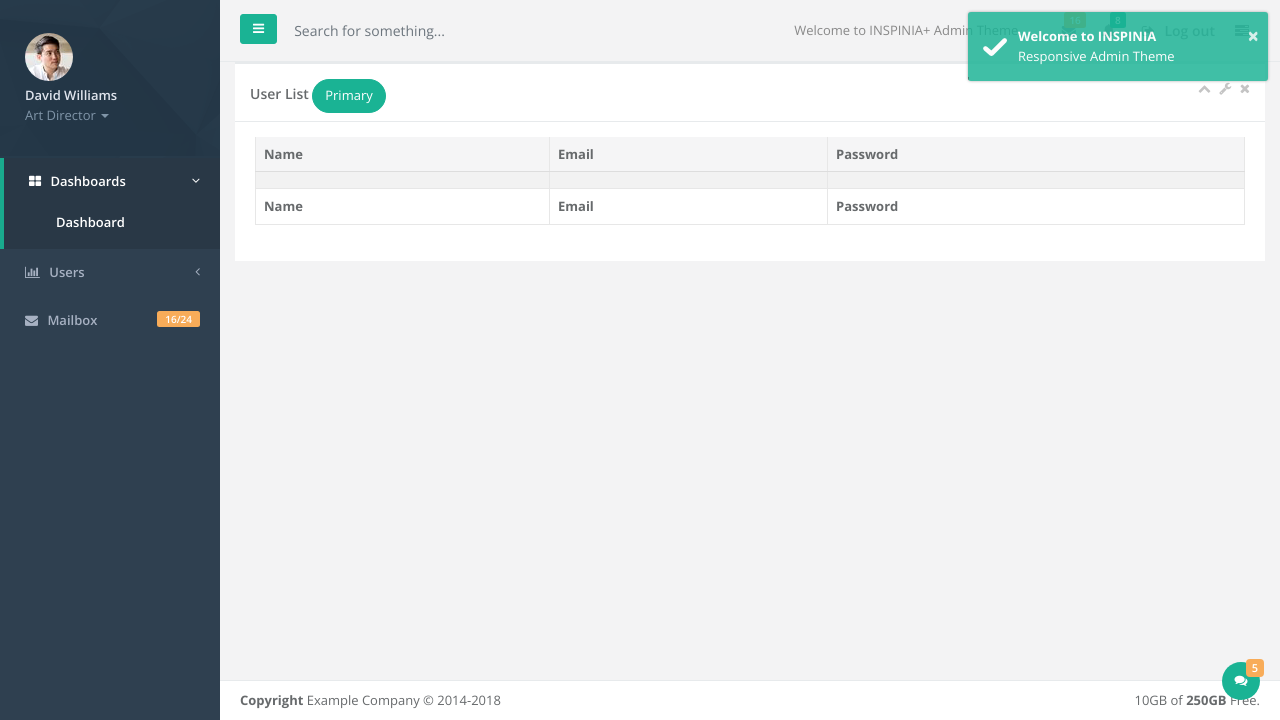
Repository: WAQARHUSSAIN12/quiz
Page: http://localhost/users
These files come from the project's save history. The page is drawn as it stood at one moment and after the next save; the edit follows.
The browser window is 1280 px wide. The pictures show the whole page.
The page is served by the project's Laravel application, run on PHP 8.4 with Laravel 9. Other server files are loaded and not shown.

Above is the page before, as saved 2024-08-09 16:56:49.
Console error: TypeError: Cannot read properties of undefined (reading 'plugins')

### routes/web.php
<?php

use Illuminate\Support\Facades\Route;
use App\Http\Controllers\Admin\HomeController;
use App\Http\Controllers\Admin\UserController;


/*
|--------------------------------------------------------------------------
| Web Routes
|--------------------------------------------------------------------------
|
| Here is where you can register web routes for your application. These
| routes are loaded by the RouteServiceProvider within a group which
| contains the "web" middleware group. Now create something great!
|
*/

Route::get('/', [HomeController::class,"dashboard"])->name("admin.dashboard");

Route::get('users', [UserController::class,"index"])->name("admin.users");

### app/Http/Controllers/Admin/UserController.php
<?php

namespace App\Http\Controllers\Admin;

use App\Http\Controllers\Controller;
use Illuminate\Http\Request;
use Yajra\DataTables\DataTables;
use App\Models\User;

class UserController extends Controller
{
    //
    public function index(Request $request){

        if ($request->ajax()){
            $user = User::select(['name', 'email', 'created_at']); // Adjust the columns accordingly
            return DataTables::of($user)->make(true);

        }

        return view('backend.users.index');
    }
}

### resources/views/backend/users/index.blade.php
@extends('backend.layout.layout')

@section('title', 'User List')

@section('content')

<link href="{{asset('assets/css/plugins/dataTables/datatables.min.css')}}" rel="stylesheet">

<div class="row">
    <div class="col-lg-12">
        <div class="ibox ">
            <div class="ibox-title">
                <h5>User List</h5>
                <div class="ibox-tools">
                    <a class="collapse-link">
                        <i class="fa fa-chevron-up"></i>
                    </a>
                    <a class="dropdown-toggle" data-toggle="dropdown" href="#">
                        <i class="fa fa-wrench"></i>
                    </a>
                    <ul class="dropdown-menu dropdown-user">
                        <li><a href="#" class="dropdown-item">Config option 1</a>
                        </li>
                        <li><a href="#" class="dropdown-item">Config option 2</a>
                        </li>
                    </ul>
                    <a class="close-link">
                        <i class="fa fa-times"></i>
                    </a>
                </div>

                <a class="btn btn-primary btn-rounded" href="#">Primary</a>
            </div>
            <div class="ibox-content">

                <div class="table-responsive">
                    <table class="table table-striped table-bordered table-hover dataTables-example">
                        <thead>
                            <tr>
                                <th>Name</th>
                                <th>Email</th>
                                <th>Password</th>
                            </tr>
                        </thead>
                        <tbody>
                            <tr>
                                <td class="center"></td>
                                <td class="center"></td>
                                <td class="center"></td>
                            </tr>
                        </tbody>
                        <tfoot>
                            <tr>
                                <th>Name</th>
                                <th>Email</th>
                                <th>Password</th>
                            </tr>
                        </tfoot>
                    </table>
                </div>

            </div>
        </div>
    </div>
</div>

@endsection

@push('script')

<script src="{{asset('assets/js/plugins/dataTables/datatables.min.js')}}"></script>
<script src="{{asset('assets/js/plugins/dataTables/dataTables.bootstrap4.min.js')}}"></script>

    <!-- Page-Level Scripts -->
    <script>
        $(document).ready(function(){
            // $('.dataTables-example').DataTable({
            //     pageLength: 25,
            //     responsive: true,
            //     dom: '<"html5buttons"B>lTfgitp',
            //     buttons: [
            //         { extend: 'copy'},
            //         {extend: 'csv'},
            //         {extend: 'excel', title: 'ExampleFile'},
            //         {extend: 'pdf', title: 'ExampleFile'},

            //         {extend: 'print',
            //          customize: function (win){
            //                 $(win.document.body).addClass('white-bg');
            //                 $(win.document.body).css('font-size', '10px');

            //                 $(win.document.body).find('table')
            //                         .addClass('compact')
            //                         .css('font-size', 'inherit');
            //         }
            //         }
            //     ]

            // });
        });

        $(document).ready(function() {
        $('.dataTables-example').DataTable({
            processing: true,
            serverSide: true,
            dom: '<"html5buttons"B>lTfgitp',
            buttons: [
                    { extend: 'copy'},
                    {extend: 'csv'},
                    {extend: 'excel', title: 'ExampleFile'},
                    {extend: 'pdf', title: 'ExampleFile'},

                    {extend: 'print',
                     customize: function (win){
                            $(win.document.body).addClass('white-bg');
                            $(win.document.body).css('font-size', '10px');

                            $(win.document.body).find('table')
                                    .addClass('compact')
                                    .css('font-size', 'inherit');
                    }
                    }
            ],
            ajax: "{{ route('admin.users') }}",
            columns: [
                { data: 'name'},
                { data: 'email'},
                { data: 'created_at'},
                // { data: 'action', name: 'action', orderable: false, searchable: false },
            ]
        });
    });

    </script>

@endpush

### resources/views/backend/layout/navigation.blade.php
<nav class="navbar-default navbar-static-side" role="navigation">
    <div class="sidebar-collapse">
        <ul class="nav metismenu" id="side-menu">
            <li class="nav-header">
                <div class="dropdown profile-element">
                    <img alt="image" class="rounded-circle" src="{{asset('assets/img/profile_small.jpg')}}" />
                    <a data-toggle="dropdown" class="dropdown-toggle" href="#">
                        <span class="block m-t-xs font-bold">David Williams</span>
                        <span class="text-muted text-xs block">Art Director <b class="caret"></b></span>
                    </a>
                    <ul class="dropdown-menu animated fadeInRight m-t-xs">
                        <li><a class="dropdown-item" href="profile.html">Profile</a></li>
                        <li><a class="dropdown-item" href="contacts.html">Contacts</a></li>
                        <li><a class="dropdown-item" href="mailbox.html">Mailbox</a></li>
                        <li class="dropdown-divider"></li>
                        <li><a class="dropdown-item" href="login.html">Logout</a></li>
                    </ul>
                </div>
                <div class="logo-element">
                    IN+
                </div>
            </li>
            <li class="active">
                <a href="index.html"><i class="fa fa-th-large"></i> <span class="nav-label">Dashboards</span> <span
                        class="fa arrow"></span></a>
                <ul class="nav nav-second-level">
                    <li class="active"><a href="index.html">Dashboard</a></li>
                </ul>
            </li>
            <li>
                <a href="#"><i class="fa fa-bar-chart-o"></i> <span class="nav-label">Users</span><span
                        class="fa arrow"></span></a>
                <ul class="nav nav-second-level collapse">
                    <li><a href="graph_flot.html">Users</a></li>
                </ul>
            </li>
            <li>
                <a href="mailbox.html"><i class="fa fa-envelope"></i> <span class="nav-label">Mailbox </span><span
                        class="label label-warning float-right">16/24</span></a>
                <ul class="nav nav-second-level collapse">
                    <li><a href="mailbox.html">Inbox</a></li>
                    <li><a href="mail_detail.html">Email view</a></li>
                    <li><a href="mail_compose.html">Compose email</a></li>
                    <li><a href="email_template.html">Email templates</a></li>
                </ul>
            </li>
        </ul>

    </div>
</nav>

### resources/views/backend/layout/topbar.blade.php
<div class="row border-bottom">
    <nav class="navbar navbar-static-top" role="navigation" style="margin-bottom: 0">
        <div class="navbar-header">
            <a class="navbar-minimalize minimalize-styl-2 btn btn-primary " href="#"><i class="fa fa-bars"></i> </a>
            <form role="search" class="navbar-form-custom" action="search_results.html">
                <div class="form-group">
                    <input type="text" placeholder="Search for something..." class="form-control" name="top-search"
                        id="top-search">
                </div>
            </form>
        </div>
        <ul class="nav navbar-top-links navbar-right">
            <li style="padding: 20px">
                <span class="m-r-sm text-muted welcome-message">Welcome to INSPINIA+ Admin Theme.</span>
            </li>
            <li class="dropdown">
                <a class="dropdown-toggle count-info" data-toggle="dropdown" href="#">
                    <i class="fa fa-envelope"></i> <span class="label label-warning">16</span>
                </a>
                <ul class="dropdown-menu dropdown-messages dropdown-menu-right">
                    <li>
                        <div class="dropdown-messages-box">
                            <a class="dropdown-item float-left" href="profile.html">
                                <img alt="image" class="rounded-circle" src="{{asset('assets/img/a7.jpg')}}">
                            </a>
                            <div class="media-body">
                                <small class="float-right">46h ago</small>
                                <strong>Mike Loreipsum</strong> started following <strong>Monica Smith</strong>. <br>
                                <small class="text-muted">3 days ago at 7:58 pm - 10.06.2014</small>
                            </div>
                        </div>
                    </li>
                    <li class="dropdown-divider"></li>
                    <li>
                        <div class="dropdown-messages-box">
                            <a class="dropdown-item float-left" href="profile.html">
                                <img alt="image" class="rounded-circle" src="{{asset('assets/img/a4.jpg')}}">
                            </a>
                            <div class="media-body ">
                                <small class="float-right text-navy">5h ago</small>
                                <strong>Chris Johnatan Overtunk</strong> started following <strong>Monica
                                    Smith</strong>. <br>
                                <small class="text-muted">Yesterday 1:21 pm - 11.06.2014</small>
                            </div>
                        </div>
                    </li>
                    <li class="dropdown-divider"></li>
                    <li>
                        <div class="dropdown-messages-box">
                            <a class="dropdown-item float-left" href="profile.html">
                                <img alt="image" class="rounded-circle" src="{{asset('assets/img/profile.jpg')}}">
                            </a>
                            <div class="media-body ">
                                <small class="float-right">23h ago</small>
                                <strong>Monica Smith</strong> love <strong>Kim Smith</strong>. <br>
                                <small class="text-muted">2 days ago at 2:30 am - 11.06.2014</small>
                            </div>
                        </div>
                    </li>
                    <li class="dropdown-divider"></li>
                    <li>
                        <div class="text-center link-block">
                            <a href="mailbox.html" class="dropdown-item">
                                <i class="fa fa-envelope"></i> <strong>Read All Messages</strong>
                            </a>
                        </div>
                    </li>
                </ul>
            </li>
            <li class="dropdown">
                <a class="dropdown-toggle count-info" data-toggle="dropdown" href="#">
                    <i class="fa fa-bell"></i> <span class="label label-primary">8</span>
                </a>
                <ul class="dropdown-menu dropdown-alerts">
                    <li>
                        <a href="mailbox.html" class="dropdown-item">
                            <div>
                                <i class="fa fa-envelope fa-fw"></i> You have 16 messages
                                <span class="float-right text-muted small">4 minutes ago</span>
                            </div>
                        </a>
                    </li>
                    <li class="dropdown-divider"></li>
                    <li>
                        <a href="profile.html" class="dropdown-item">
                            <div>
                                <i class="fa fa-twitter fa-fw"></i> 3 New Followers
                                <span class="float-right text-muted small">12 minutes ago</span>
                            </div>
                        </a>
                    </li>
                    <li class="dropdown-divider"></li>
                    <li>
                        <a href="grid_options.html" class="dropdown-item">
                            <div>
                                <i class="fa fa-upload fa-fw"></i> Server Rebooted
                                <span class="float-right text-muted small">4 minutes ago</span>
                            </div>
                        </a>
                    </li>
                    <li class="dropdown-divider"></li>
                    <li>
                        <div class="text-center link-block">
                            <a href="notifications.html" class="dropdown-item">
                                <strong>See All Alerts</strong>
                                <i class="fa fa-angle-right"></i>
                            </a>
                        </div>
                    </li>
                </ul>
            </li>


            <li>
                <a href="login.html">
                    <i class="fa fa-sign-out"></i> Log out
                </a>
            </li>
            <li>
                <a class="right-sidebar-toggle">
                    <i class="fa fa-tasks"></i>
                </a>
            </li>
        </ul>

    </nav>
</div>

### resources/views/backend/layout/footer.blade.php
<div class="footer">
    <div class="float-right">
        10GB of <strong>250GB</strong> Free.
    </div>
    <div>
        <strong>Copyright</strong> Example Company &copy; 2014-2018
    </div>
</div>

Loaded but not shown: app/Http/Controllers/Controller.php (common file); public/assets/css/bootstrap.min.css (library); public/assets/font-awesome/css/font-awesome.css (library); public/assets/css/plugins/toastr/toastr.min.css (library); public/assets/css/animate.css (library); public/assets/css/style.css (library); public/assets/css/plugins/dataTables/datatables.min.css (library); public/assets/js/jquery-3.1.1.min.js (library); public/assets/js/popper.min.js (library); public/assets/js/bootstrap.js (library); public/assets/js/plugins/slimscroll/jquery.slimscroll.min.js (library); public/assets/js/plugins/flot/jquery.flot.tooltip.min.js (library); public/assets/js/plugins/peity/jquery.peity.min.js (library); public/assets/js/plugins/pace/pace.min.js (library); public/assets/js/plugins/jquery-ui/jquery-ui.min.js (library); public/assets/js/plugins/gritter/jquery.gritter.min.js (library); public/assets/js/plugins/sparkline/jquery.sparkline.min.js (library); public/assets/js/plugins/toastr/toastr.min.js (library); public/assets/js/plugins/dataTables/dataTables.bootstrap4.min.js (common file); public/assets/js/inspinia.js (313 lines, source omitted); public/assets/js/demo/sparkline-demo.js (51 lines, source omitted); public/assets/js/demo/peity-demo.js (33 lines, source omitted); resources/views/backend/layout/layout.blade.php (720 lines, source omitted)

After the next save:
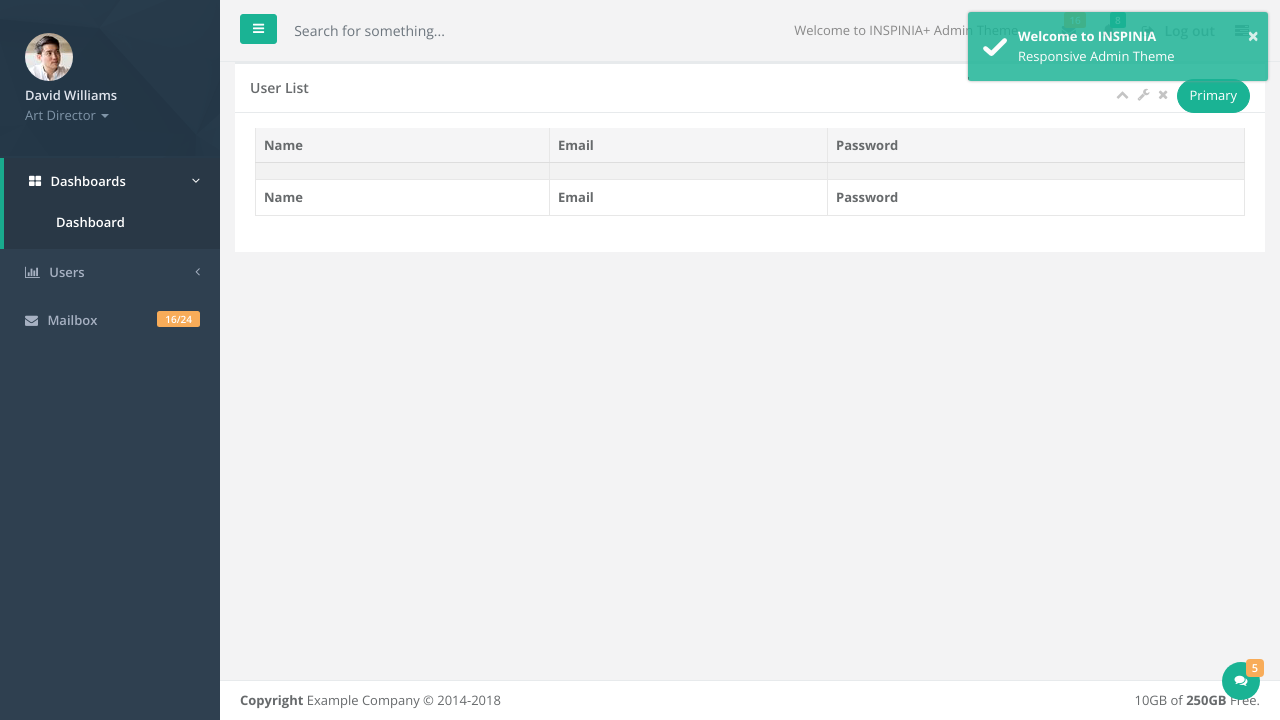
Saved 24 s later.
--- a/resources/views/backend/users/index.blade.php
+++ b/resources/views/backend/users/index.blade.php
@@ -27,9 +27,11 @@
                     <a class="close-link">
                         <i class="fa fa-times"></i>
                     </a>
+
+                    <a class="btn btn-primary btn-rounded" href="#">Primary</a>
                 </div>
 
-                <a class="btn btn-primary btn-rounded" href="#">Primary</a>
+
             </div>
             <div class="ibox-content">
 
